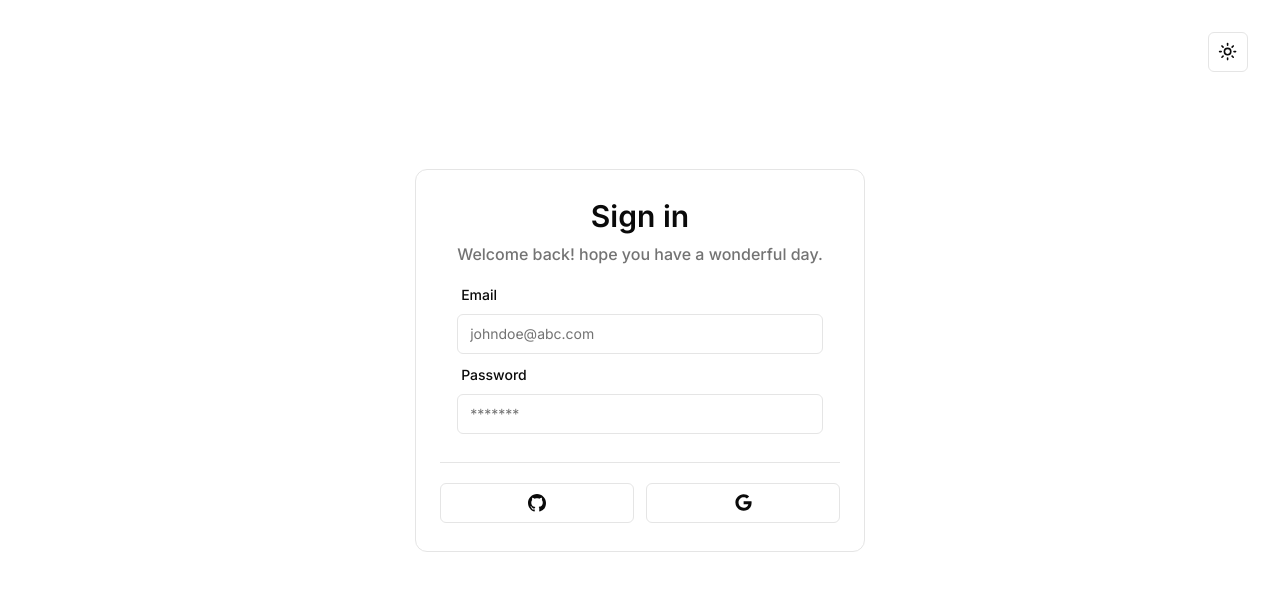
Repository: nickgoel31/authentication-toolkit
Page: /sign-in
The author's editor kept a copy of each file at every save. The page is drawn from the files as they stood at one save, then again after the next save.
The browser window is 1280 px wide. The pictures show the whole page.
The project was rebuilt for these pictures with package versions that can differ from the ones it lists, and the page was loaded fresh each time. The framework's server and built-in components were replaced by stand-ins that run in the browser. Also part of the build but not shown: next.config.mjs.

Above is the page before, as saved 2024-02-04 13:40:51.

### app/layout.tsx
import type { Metadata } from "next";
import { Inter } from "next/font/google";
import "./globals.css";
import { ThemeProvider } from "@/providers/theme-provider";
import { ModeToggle } from "@/components/mode-toggle";

const inter = Inter({ subsets: ["latin"] });

export const metadata: Metadata = {
  title: "Authentication App",
  description: "Generated by create next app",
};

export default function RootLayout({
  children,
}: Readonly<{
  children: React.ReactNode;
}>) {
  return (
    <html lang="en">
      <body className={inter.className}>
      <ThemeProvider
        attribute="class"
        defaultTheme="system"
        enableSystem
        disableTransitionOnChange
        >
        <div className="relative h-full">
          {children}
          <div className="absolute top-8 right-8">
            <ModeToggle />
          </div>
        </div>

      </ThemeProvider>
      </body>
    </html>
  );
}

### app/(auth)/layout.tsx
import React from 'react'

const AuthLayout = ({children} : {children:React.ReactNode}) => {
  return (
    <div className='h-full flex flex-col items-center justify-center'>
        {children}
    </div>
  )
}

export default AuthLayout

### app/(auth)/sign-in/page.tsx
import FormWrapper from '@/components/auth/form-wrapper'
import SignInForm from '@/components/auth/sign-in-form'
import React from 'react'

const SignInPage = () => {
  return (
    <FormWrapper
    title='Sign in'
    tag='Welcome back! hope you have a wonderful day.'
    backHref='/sign-up'
    backLabel="Don't have an account?"
    showSocial
    >
      <SignInForm />
    </FormWrapper>
  )
}

export default SignInPage

### app/globals.css
@tailwind base;
@tailwind components;
@tailwind utilities;

html,body{
  height: 100%;
}

@layer base {
  :root {
    --background: 0 0% 100%;
    --foreground: 0 0% 3.9%;

    --card: 0 0% 100%;
    --card-foreground: 0 0% 3.9%;

    --popover: 0 0% 100%;
    --popover-foreground: 0 0% 3.9%;

    --primary: 0 0% 9%;
    --primary-foreground: 0 0% 98%;

    --secondary: 0 0% 96.1%;
    --secondary-foreground: 0 0% 9%;

    --muted: 0 0% 96.1%;
    --muted-foreground: 0 0% 45.1%;

    --accent: 0 0% 96.1%;
    --accent-foreground: 0 0% 9%;

    --destructive: 0 84.2% 60.2%;
    --destructive-foreground: 0 0% 98%;

    --border: 0 0% 89.8%;
    --input: 0 0% 89.8%;
    --ring: 0 0% 3.9%;

    --radius: 0.5rem;
  }

  .dark {
    --background: 0 0% 3.9%;
    --foreground: 0 0% 98%;

    --card: 0 0% 3.9%;
    --card-foreground: 0 0% 98%;

    --popover: 0 0% 3.9%;
    --popover-foreground: 0 0% 98%;

    --primary: 0 0% 98%;
    --primary-foreground: 0 0% 9%;

    --secondary: 0 0% 14.9%;
    --secondary-foreground: 0 0% 98%;

    --muted: 0 0% 14.9%;
    --muted-foreground: 0 0% 63.9%;

    --accent: 0 0% 14.9%;
    --accent-foreground: 0 0% 98%;

    --destructive: 0 62.8% 30.6%;
    --destructive-foreground: 0 0% 98%;

    --border: 0 0% 14.9%;
    --input: 0 0% 14.9%;
    --ring: 0 0% 83.1%;
  }
}

@layer base {
  * {
    @apply border-border;
  }
  body {
    @apply bg-background text-foreground;
  }
}

### components/mode-toggle.tsx
"use client"

import * as React from "react"
import { Moon, Sun } from "lucide-react"
import { useTheme } from "next-themes"

import { Button } from "@/components/ui/button"
import {
  DropdownMenu,
  DropdownMenuContent,
  DropdownMenuItem,
  DropdownMenuTrigger,
} from "@/components/ui/dropdown-menu"

export function ModeToggle() {
  const { setTheme } = useTheme()

  return (
    <DropdownMenu>
      <DropdownMenuTrigger asChild>
        <Button variant="outline" size="icon">
          <Sun className="h-[1.2rem] w-[1.2rem] rotate-0 scale-100 transition-all dark:-rotate-90 dark:scale-0" />
          <Moon className="absolute h-[1.2rem] w-[1.2rem] rotate-90 scale-0 transition-all dark:rotate-0 dark:scale-100" />
          <span className="sr-only">Toggle theme</span>
        </Button>
      </DropdownMenuTrigger>
      <DropdownMenuContent align="end">
        <DropdownMenuItem onClick={() => setTheme("light")}>
          Light
        </DropdownMenuItem>
        <DropdownMenuItem onClick={() => setTheme("dark")}>
          Dark
        </DropdownMenuItem>
        <DropdownMenuItem onClick={() => setTheme("system")}>
          System
        </DropdownMenuItem>
      </DropdownMenuContent>
    </DropdownMenu>
  )
}

### components/auth/form-wrapper.tsx
import React from 'react'
import { Button } from '../ui/button';
import { FaGoogle } from 'react-icons/fa6';
import { BsGithub } from 'react-icons/bs';

interface FormWrapperProps {
    children:React.ReactNode;
    title?: string | undefined;
    tag?: string | undefined;
    showSocial?: boolean;
    backHref?: string | undefined;
    backLabel?: string | undefined;
}

const FormWrapper = ({children, title, tag, backHref, backLabel, showSocial=false} : FormWrapperProps) => {
  return (
    <div className='flex flex-col items-center justify-center text-center p-6 py-7 border w-[450px] rounded-xl'>
        <div className='flex flex-col gap-2'>
            <h2 className='text-3xl font-semibold'>{title}</h2>
            <p className='text-muted-foreground font-medium'>{tag}</p>
            <div className='mt-2 flex flex-col text-start'>
                {children}
            </div>

        </div>
        <div className='w-full'>
            {showSocial && (
                <>
                    <hr  className='mt-5 mb-5'/>
                    <div className='flex items-center justify-center gap-3 w-full'>
                        <Button variant={'outline'} className='w-full'><BsGithub size={18}/></Button>
                        <Button variant={'outline'} className='w-full flex items-center gap-2'>
                            <FaGoogle size={17}/></Button>
                    </div>
                </>
            )}
        </div>
    </div>
  )
}

export default FormWrapper

### components/auth/sign-in-form.tsx
"use client"

import React from 'react'
import { zodResolver } from "@hookform/resolvers/zod"
import { useForm } from "react-hook-form"
import { z } from "zod"

import { Button } from "@/components/ui/button"
import {
  Form,
  FormControl,
  FormDescription,
  FormField,
  FormItem,
  FormLabel,
  FormMessage,
} from "@/components/ui/form"
import { Input } from "@/components/ui/input"
import { loginSchema } from '@/schemas'

const SignInForm = () => {

    const form = useForm<z.infer<typeof loginSchema>>({
        resolver: zodResolver(loginSchema),
        defaultValues:{
            email:"",
            password: ""
        }
    })


  return (
    <Form {...form}>
        <form action="">
            <FormField
                control={form.control}
                name="email"
                render={({...field}) => (
                <FormItem>
                    <FormLabel className='ml-1'>Email</FormLabel>
                    <FormControl>
                        <Input type='email' placeholder='johndoe@abc.com' {...field}/>
                    </FormControl>
                    <FormDescription />
                    <FormMessage />
                </FormItem>
                )}
            />
            <FormField
                control={form.control}
                name="password"
                render={({...field}) => (
                <FormItem>
                    <FormLabel className='ml-1'>Password</FormLabel>
                    <FormControl>
                        <Input type='password' placeholder='*******' {...field}/>
                    </FormControl>
                    <FormDescription />
                    <FormMessage />
                </FormItem>
                )}
            />
        </form>
    </Form>
  )
}

export default SignInForm

### components/ui/button.tsx
import * as React from "react"
import { Slot } from "@radix-ui/react-slot"
import { cva, type VariantProps } from "class-variance-authority"

import { cn } from "@/lib/utils"

const buttonVariants = cva(
  "inline-flex items-center justify-center whitespace-nowrap rounded-md text-sm font-medium ring-offset-background transition-colors focus-visible:outline-none focus-visible:ring-2 focus-visible:ring-ring focus-visible:ring-offset-2 disabled:pointer-events-none disabled:opacity-50",
  {
    variants: {
      variant: {
        default: "bg-primary text-primary-foreground hover:bg-primary/90",
        destructive:
          "bg-destructive text-destructive-foreground hover:bg-destructive/90",
        outline:
          "border border-input bg-background hover:bg-accent hover:text-accent-foreground",
        secondary:
          "bg-secondary text-secondary-foreground hover:bg-secondary/80",
        ghost: "hover:bg-accent hover:text-accent-foreground",
        link: "text-primary underline-offset-4 hover:underline",
      },
      size: {
        default: "h-10 px-4 py-2",
        sm: "h-9 rounded-md px-3",
        lg: "h-11 rounded-md px-8",
        icon: "h-10 w-10",
      },
    },
    defaultVariants: {
      variant: "default",
      size: "default",
    },
  }
)

export interface ButtonProps
  extends React.ButtonHTMLAttributes<HTMLButtonElement>,
    VariantProps<typeof buttonVariants> {
  asChild?: boolean
}

const Button = React.forwardRef<HTMLButtonElement, ButtonProps>(
  ({ className, variant, size, asChild = false, ...props }, ref) => {
    const Comp = asChild ? Slot : "button"
    return (
      <Comp
        className={cn(buttonVariants({ variant, size, className }))}
        ref={ref}
        {...props}
      />
    )
  }
)
Button.displayName = "Button"

export { Button, buttonVariants }

### components/ui/dropdown-menu.tsx
"use client"

import * as React from "react"
import * as DropdownMenuPrimitive from "@radix-ui/react-dropdown-menu"
import { Check, ChevronRight, Circle } from "lucide-react"

import { cn } from "@/lib/utils"

const DropdownMenu = DropdownMenuPrimitive.Root

const DropdownMenuTrigger = DropdownMenuPrimitive.Trigger

const DropdownMenuGroup = DropdownMenuPrimitive.Group

const DropdownMenuPortal = DropdownMenuPrimitive.Portal

const DropdownMenuSub = DropdownMenuPrimitive.Sub

const DropdownMenuRadioGroup = DropdownMenuPrimitive.RadioGroup

const DropdownMenuSubTrigger = React.forwardRef<
  React.ElementRef<typeof DropdownMenuPrimitive.SubTrigger>,
  React.ComponentPropsWithoutRef<typeof DropdownMenuPrimitive.SubTrigger> & {
    inset?: boolean
  }
>(({ className, inset, children, ...props }, ref) => (
  <DropdownMenuPrimitive.SubTrigger
    ref={ref}
    className={cn(
      "flex cursor-default select-none items-center rounded-sm px-2 py-1.5 text-sm outline-none focus:bg-accent data-[state=open]:bg-accent",
      inset && "pl-8",
      className
    )}
    {...props}
  >
    {children}
    <ChevronRight className="ml-auto h-4 w-4" />
  </DropdownMenuPrimitive.SubTrigger>
))
DropdownMenuSubTrigger.displayName =
  DropdownMenuPrimitive.SubTrigger.displayName

const DropdownMenuSubContent = React.forwardRef<
  React.ElementRef<typeof DropdownMenuPrimitive.SubContent>,
  React.ComponentPropsWithoutRef<typeof DropdownMenuPrimitive.SubContent>
>(({ className, ...props }, ref) => (
  <DropdownMenuPrimitive.SubContent
    ref={ref}
    className={cn(
      "z-50 min-w-[8rem] overflow-hidden rounded-md border bg-popover p-1 text-popover-foreground shadow-lg data-[state=open]:animate-in data-[state=closed]:animate-out data-[state=closed]:fade-out-0 data-[state=open]:fade-in-0 data-[state=closed]:zoom-out-95 data-[state=open]:zoom-in-95 data-[side=bottom]:slide-in-from-top-2 data-[side=left]:slide-in-from-right-2 data-[side=right]:slide-in-from-left-2 data-[side=top]:slide-in-from-bottom-2",
      className
    )}
    {...props}
  />
))
DropdownMenuSubContent.displayName =
  DropdownMenuPrimitive.SubContent.displayName

const DropdownMenuContent = React.forwardRef<
  React.ElementRef<typeof DropdownMenuPrimitive.Content>,
  React.ComponentPropsWithoutRef<typeof DropdownMenuPrimitive.Content>
>(({ className, sideOffset = 4, ...props }, ref) => (
  <DropdownMenuPrimitive.Portal>
    <DropdownMenuPrimitive.Content
      ref={ref}
      sideOffset={sideOffset}
      className={cn(
        "z-50 min-w-[8rem] overflow-hidden rounded-md border bg-popover p-1 text-popover-foreground shadow-md data-[state=open]:animate-in data-[state=closed]:animate-out data-[state=closed]:fade-out-0 data-[state=open]:fade-in-0 data-[state=closed]:zoom-out-95 data-[state=open]:zoom-in-95 data-[side=bottom]:slide-in-from-top-2 data-[side=left]:slide-in-from-right-2 data-[side=right]:slide-in-from-left-2 data-[side=top]:slide-in-from-bottom-2",
        className
      )}
      {...props}
    />
  </DropdownMenuPrimitive.Portal>
))
DropdownMenuContent.displayName = DropdownMenuPrimitive.Content.displayName

const DropdownMenuItem = React.forwardRef<
  React.ElementRef<typeof DropdownMenuPrimitive.Item>,
  React.ComponentPropsWithoutRef<typeof DropdownMenuPrimitive.Item> & {
    inset?: boolean
  }
>(({ className, inset, ...props }, ref) => (
  <DropdownMenuPrimitive.Item
    ref={ref}
    className={cn(
      "relative flex cursor-default select-none items-center rounded-sm px-2 py-1.5 text-sm outline-none transition-colors focus:bg-accent focus:text-accent-foreground data-[disabled]:pointer-events-none data-[disabled]:opacity-50",
      inset && "pl-8",
      className
    )}
    {...props}
  />
))
DropdownMenuItem.displayName = DropdownMenuPrimitive.Item.displayName

const DropdownMenuCheckboxItem = React.forwardRef<
  React.ElementRef<typeof DropdownMenuPrimitive.CheckboxItem>,
  React.ComponentPropsWithoutRef<typeof DropdownMenuPrimitive.CheckboxItem>
>(({ className, children, checked, ...props }, ref) => (
  <DropdownMenuPrimitive.CheckboxItem
    ref={ref}
    className={cn(
      "relative flex cursor-default select-none items-center rounded-sm py-1.5 pl-8 pr-2 text-sm outline-none transition-colors focus:bg-accent focus:text-accent-foreground data-[disabled]:pointer-events-none data-[disabled]:opacity-50",
      className
    )}
    checked={checked}
    {...props}
  >
    <span className="absolute left-2 flex h-3.5 w-3.5 items-center justify-center">
      <DropdownMenuPrimitive.ItemIndicator>
        <Check className="h-4 w-4" />
      </DropdownMenuPrimitive.ItemIndicator>
    </span>
    {children}
  </DropdownMenuPrimitive.CheckboxItem>
))
DropdownMenuCheckboxItem.displayName =
  DropdownMenuPrimitive.CheckboxItem.displayName

const DropdownMenuRadioItem = React.forwardRef<
  React.ElementRef<typeof DropdownMenuPrimitive.RadioItem>,
  React.ComponentPropsWithoutRef<typeof DropdownMenuPrimitive.RadioItem>
>(({ className, children, ...props }, ref) => (
  <DropdownMenuPrimitive.RadioItem
    ref={ref}
    className={cn(
      "relative flex cursor-default select-none items-center rounded-sm py-1.5 pl-8 pr-2 text-sm outline-none transition-colors focus:bg-accent focus:text-accent-foreground data-[disabled]:pointer-events-none data-[disabled]:opacity-50",
      className
    )}
    {...props}
  >
    <span className="absolute left-2 flex h-3.5 w-3.5 items-center justify-center">
      <DropdownMenuPrimitive.ItemIndicator>
        <Circle className="h-2 w-2 fill-current" />
      </DropdownMenuPrimitive.ItemIndicator>
    </span>
    {children}
  </DropdownMenuPrimitive.RadioItem>
))
DropdownMenuRadioItem.displayName = DropdownMenuPrimitive.RadioItem.displayName

const DropdownMenuLabel = React.forwardRef<
  React.ElementRef<typeof DropdownMenuPrimitive.Label>,
  React.ComponentPropsWithoutRef<typeof DropdownMenuPrimitive.Label> & {
    inset?: boolean
  }
>(({ className, inset, ...props }, ref) => (
  <DropdownMenuPrimitive.Label
    ref={ref}
    className={cn(
      "px-2 py-1.5 text-sm font-semibold",
      inset && "pl-8",
      className
    )}
    {...props}
  />
))
DropdownMenuLabel.displayName = DropdownMenuPrimitive.Label.displayName

const DropdownMenuSeparator = React.forwardRef<
  React.ElementRef<typeof DropdownMenuPrimitive.Separator>,
  React.ComponentPropsWithoutRef<typeof DropdownMenuPrimitive.Separator>
>(({ className, ...props }, ref) => (
  <DropdownMenuPrimitive.Separator
    ref={ref}
    className={cn("-mx-1 my-1 h-px bg-muted", className)}
    {...props}
  />
))
DropdownMenuSeparator.displayName = DropdownMenuPrimitive.Separator.displayName

const DropdownMenuShortcut = ({
  className,
  ...props
}: React.HTMLAttributes<HTMLSpanElement>) => {
  return (
    <span
      className={cn("ml-auto text-xs tracking-widest opacity-60", className)}
      {...props}
    />
  )
}
DropdownMenuShortcut.displayName = "DropdownMenuShortcut"

export {
  DropdownMenu,
  DropdownMenuTrigger,
  DropdownMenuContent,
  DropdownMenuItem,
  DropdownMenuCheckboxItem,
  DropdownMenuRadioItem,
  DropdownMenuLabel,
  DropdownMenuSeparator,
  DropdownMenuShortcut,
  DropdownMenuGroup,
  DropdownMenuPortal,
  DropdownMenuSub,
  DropdownMenuSubContent,
  DropdownMenuSubTrigger,
  DropdownMenuRadioGroup,
}

### components/ui/form.tsx
import * as React from "react"
import * as LabelPrimitive from "@radix-ui/react-label"
import { Slot } from "@radix-ui/react-slot"
import {
  Controller,
  ControllerProps,
  FieldPath,
  FieldValues,
  FormProvider,
  useFormContext,
} from "react-hook-form"

import { cn } from "@/lib/utils"
import { Label } from "@/components/ui/label"

const Form = FormProvider

type FormFieldContextValue<
  TFieldValues extends FieldValues = FieldValues,
  TName extends FieldPath<TFieldValues> = FieldPath<TFieldValues>
> = {
  name: TName
}

const FormFieldContext = React.createContext<FormFieldContextValue>(
  {} as FormFieldContextValue
)

const FormField = <
  TFieldValues extends FieldValues = FieldValues,
  TName extends FieldPath<TFieldValues> = FieldPath<TFieldValues>
>({
  ...props
}: ControllerProps<TFieldValues, TName>) => {
  return (
    <FormFieldContext.Provider value={{ name: props.name }}>
      <Controller {...props} />
    </FormFieldContext.Provider>
  )
}

const useFormField = () => {
  const fieldContext = React.useContext(FormFieldContext)
  const itemContext = React.useContext(FormItemContext)
  const { getFieldState, formState } = useFormContext()

  const fieldState = getFieldState(fieldContext.name, formState)

  if (!fieldContext) {
    throw new Error("useFormField should be used within <FormField>")
  }

  const { id } = itemContext

  return {
    id,
    name: fieldContext.name,
    formItemId: `${id}-form-item`,
    formDescriptionId: `${id}-form-item-description`,
    formMessageId: `${id}-form-item-message`,
    ...fieldState,
  }
}

type FormItemContextValue = {
  id: string
}

const FormItemContext = React.createContext<FormItemContextValue>(
  {} as FormItemContextValue
)

const FormItem = React.forwardRef<
  HTMLDivElement,
  React.HTMLAttributes<HTMLDivElement>
>(({ className, ...props }, ref) => {
  const id = React.useId()

  return (
    <FormItemContext.Provider value={{ id }}>
      <div ref={ref} className={cn("space-y-2", className)} {...props} />
    </FormItemContext.Provider>
  )
})
FormItem.displayName = "FormItem"

const FormLabel = React.forwardRef<
  React.ElementRef<typeof LabelPrimitive.Root>,
  React.ComponentPropsWithoutRef<typeof LabelPrimitive.Root>
>(({ className, ...props }, ref) => {
  const { error, formItemId } = useFormField()

  return (
    <Label
      ref={ref}
      className={cn(error && "text-destructive", className)}
      htmlFor={formItemId}
      {...props}
    />
  )
})
FormLabel.displayName = "FormLabel"

const FormControl = React.forwardRef<
  React.ElementRef<typeof Slot>,
  React.ComponentPropsWithoutRef<typeof Slot>
>(({ ...props }, ref) => {
  const { error, formItemId, formDescriptionId, formMessageId } = useFormField()

  return (
    <Slot
      ref={ref}
      id={formItemId}
      aria-describedby={
        !error
          ? `${formDescriptionId}`
          : `${formDescriptionId} ${formMessageId}`
      }
      aria-invalid={!!error}
      {...props}
    />
  )
})
FormControl.displayName = "FormControl"

const FormDescription = React.forwardRef<
  HTMLParagraphElement,
  React.HTMLAttributes<HTMLParagraphElement>
>(({ className, ...props }, ref) => {
  const { formDescriptionId } = useFormField()

  return (
    <p
      ref={ref}
      id={formDescriptionId}
      className={cn("text-sm text-muted-foreground", className)}
      {...props}
    />
  )
})
FormDescription.displayName = "FormDescription"

const FormMessage = React.forwardRef<
  HTMLParagraphElement,
  React.HTMLAttributes<HTMLParagraphElement>
>(({ className, children, ...props }, ref) => {
  const { error, formMessageId } = useFormField()
  const body = error ? String(error?.message) : children

  if (!body) {
    return null
  }

  return (
    <p
      ref={ref}
      id={formMessageId}
      className={cn("text-sm font-medium text-destructive", className)}
      {...props}
    >
      {body}
    </p>
  )
})
FormMessage.displayName = "FormMessage"

export {
  useFormField,
  Form,
  FormItem,
  FormLabel,
  FormControl,
  FormDescription,
  FormMessage,
  FormField,
}

### components/ui/input.tsx
import * as React from "react"

import { cn } from "@/lib/utils"

export interface InputProps
  extends React.InputHTMLAttributes<HTMLInputElement> {}

const Input = React.forwardRef<HTMLInputElement, InputProps>(
  ({ className, type, ...props }, ref) => {
    return (
      <input
        type={type}
        className={cn(
          "flex h-10 w-full rounded-md border border-input bg-background px-3 py-2 text-sm ring-offset-background file:border-0 file:bg-transparent file:text-sm file:font-medium placeholder:text-muted-foreground focus-visible:outline-none focus-visible:ring-2 focus-visible:ring-ring focus-visible:ring-offset-2 disabled:cursor-not-allowed disabled:opacity-50",
          className
        )}
        ref={ref}
        {...props}
      />
    )
  }
)
Input.displayName = "Input"

export { Input }

### schemas/index.ts
import * as z from "zod"

export const loginSchema = z.object({
    email: z.string().email(),
    password: z.string().min(1, {
        message: "Password must not be empty"
    })
})

export const registerSchema = z.object({
    userName:  z.string().min(4,{message: "Username cannot be blank"}),
    email: z.string().email(),
    password: z.string().min(5, {
        message: "Password must contain at least 5 characters"
    }).includes("@",{
        message: "Password should contain @ symbol"
    })
})

### components/ui/label.tsx
"use client"

import * as React from "react"
import * as LabelPrimitive from "@radix-ui/react-label"
import { cva, type VariantProps } from "class-variance-authority"

import { cn } from "@/lib/utils"

const labelVariants = cva(
  "text-sm font-medium leading-none peer-disabled:cursor-not-allowed peer-disabled:opacity-70"
)

const Label = React.forwardRef<
  React.ElementRef<typeof LabelPrimitive.Root>,
  React.ComponentPropsWithoutRef<typeof LabelPrimitive.Root> &
    VariantProps<typeof labelVariants>
>(({ className, ...props }, ref) => (
  <LabelPrimitive.Root
    ref={ref}
    className={cn(labelVariants(), className)}
    {...props}
  />
))
Label.displayName = LabelPrimitive.Root.displayName

export { Label }

Loaded but not shown: providers/theme-provider.tsx (common file); lib/utils.ts (common file); tailwind.config.ts (common file)

After the next save:
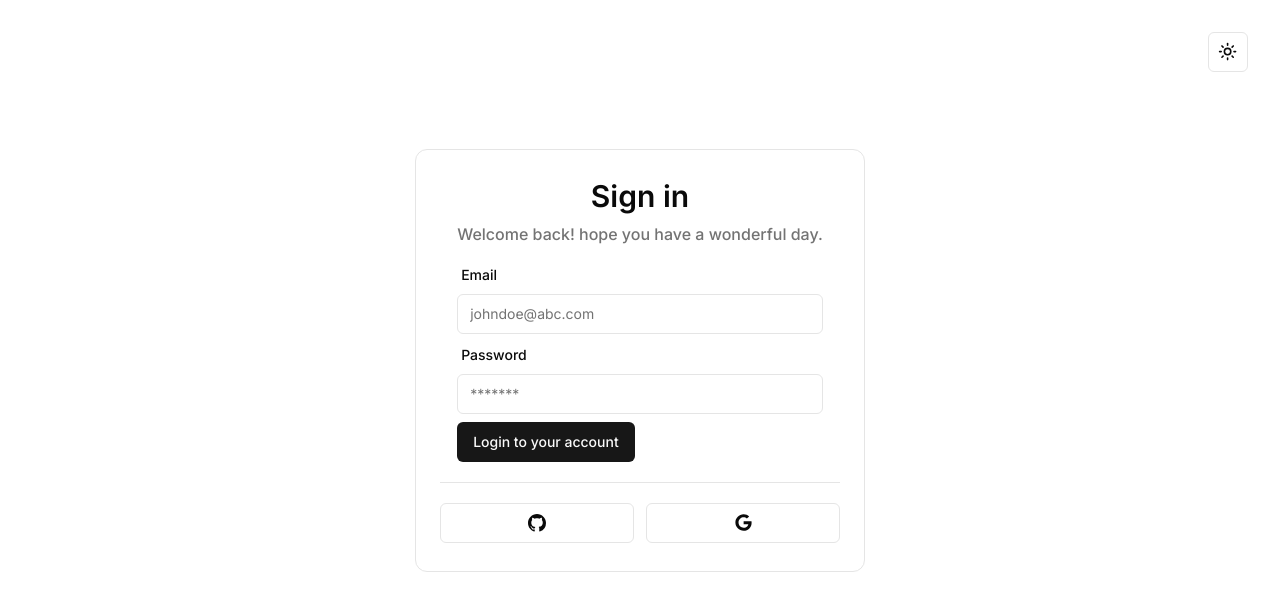
Saved 37 s later.
--- a/components/auth/sign-in-form.tsx
+++ b/components/auth/sign-in-form.tsx
@@ -60,6 +60,8 @@ const SignInForm = () => {
                 </FormItem>
                 )}
             />
+
+            <Button type='submit'>Login to your account</Button>
         </form>
     </Form>
   )
